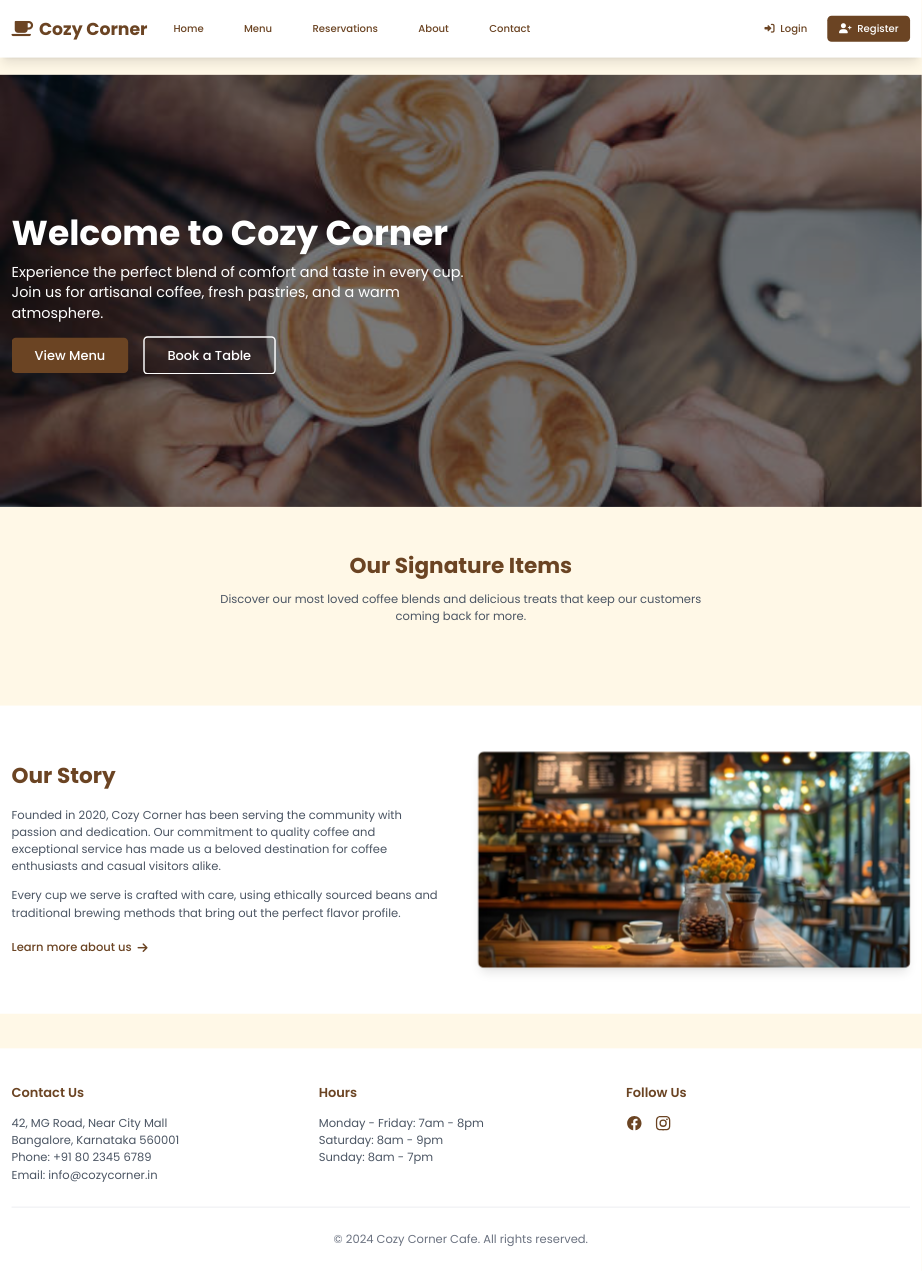
Repository: Aryansin1234/cafe-website
Page: http://localhost/
The author's editor kept a copy of each file at every save. The page is drawn from the files as they stood at one save, then again after the next save.
The browser window is 1280 px wide. The pictures show the whole page, at 72% of full size.
Some web libraries are served in a nearby version. The page is run by PHP 8.4 with error messages shown; the project is at /var/www/html/. Queries for data that is not in the repository find no rows.

Above is the page before, as saved 2025-04-10 14:45:18.

After the next save:
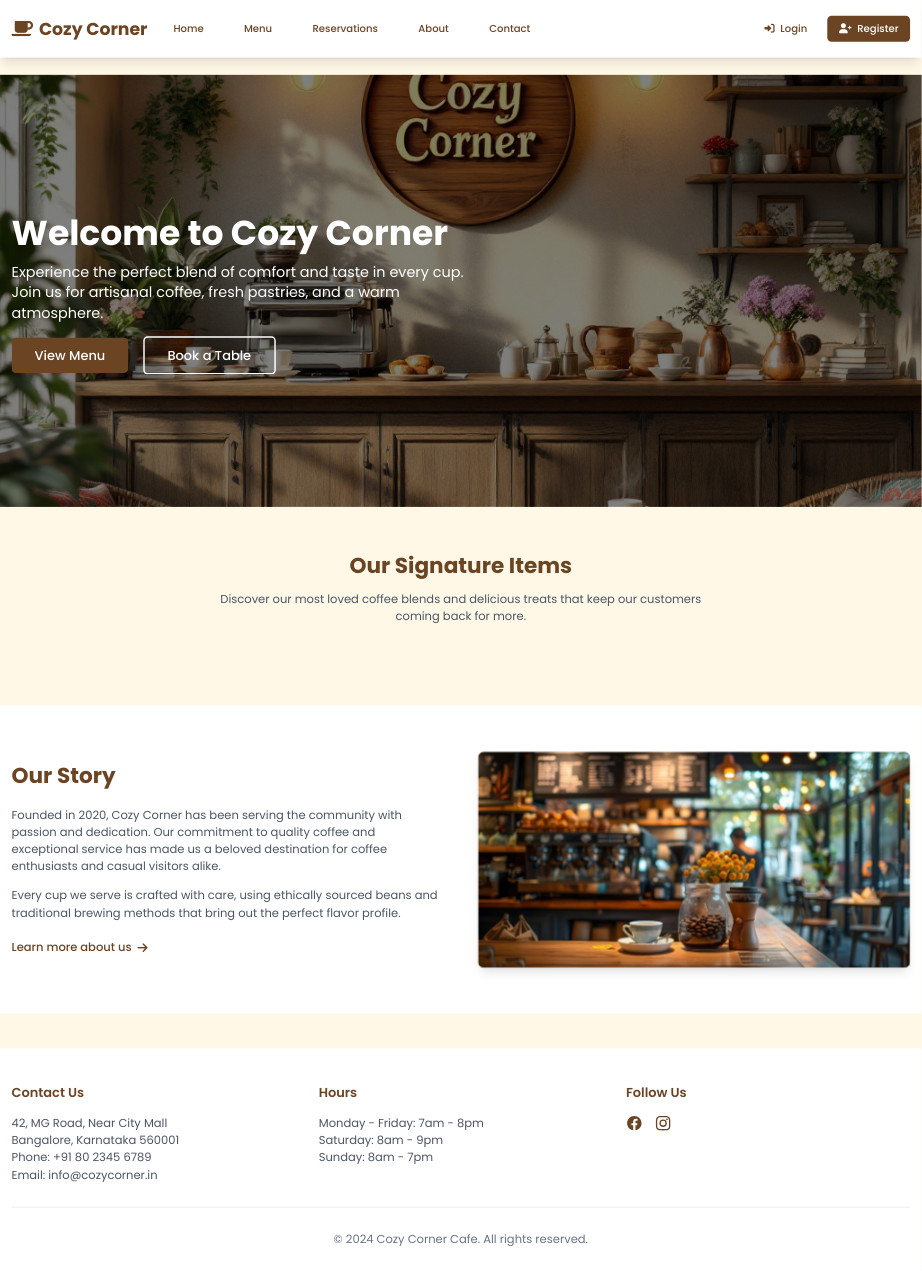
Saved 10 min 23 s later.
--- a/index.php
+++ b/index.php
@@ -3,7 +3,7 @@
 <!-- Hero Section -->
 <div class="relative h-[600px] -mt-6">
     <div class="absolute inset-0">
-        <img src="assets/images/hero-bg.jpg" alt="Cafe Interior" class="w-full h-full object-cover object-center">
+        <img src="assets/images/hero-bg1.jpg" alt="Cafe Interior" class="w-full h-full object-cover object-center">
         <div class="absolute inset-0 bg-black opacity-50"></div>
     </div>
     <div class="relative max-w-7xl mx-auto h-full flex items-center px-4">
